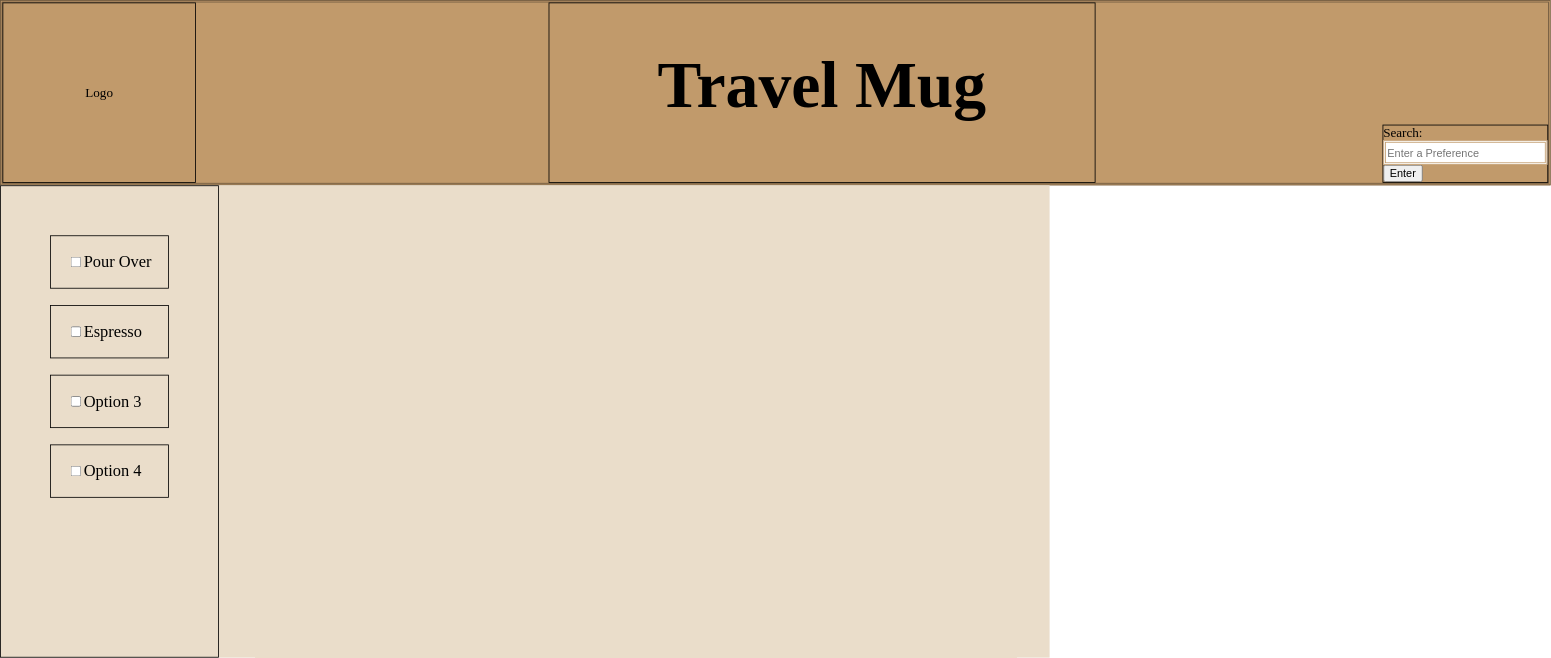
Repository: joshliu14/Travel-Mug
Page: /
An editor plug-in stored every save of this project. The page is shown before and after a run of saves, followed by the edit.
The browser window is 1280 px wide. The page is 1891 px wide, so the pictures cover 1891 px, including what lies to the right of the window. The pictures show the whole page, at 82% of full size.
The project was rebuilt for these pictures with package versions that can differ from the ones it lists, and the page was loaded fresh each time.

Above is the page before, as saved 2024-01-03 02:03:24.

### public/index.html
<!DOCTYPE html>
<html lang="en">
  <head>
    <meta charset="utf-8" />
    <link rel="icon" href="%PUBLIC_URL%/favicon.ico" />
    <link rel="stylesheet" href="./index.css" />
    <meta name="viewport" content="width=device-width, initial-scale=1" />
    <meta name="theme-color" content="#000000" />
    <meta
      name="description"
      content="Web site created using create-react-app"
    />
    <link rel="apple-touch-icon" href="%PUBLIC_URL%/logo192.png" />
    <!--
      manifest.json provides metadata used when your web app is installed on a
      user's mobile device or desktop. See https://developers.google.com/web/fundamentals/web-app-manifest/
    -->
    <link rel="manifest" href="%PUBLIC_URL%/manifest.json" />
    <!--
      Notice the use of %PUBLIC_URL% in the tags above.
      It will be replaced with the URL of the `public` folder during the build.
      Only files inside the `public` folder can be referenced from the HTML.

      Unlike "/favicon.ico" or "favicon.ico", "%PUBLIC_URL%/favicon.ico" will
      work correctly both with client-side routing and a non-root public URL.
      Learn how to configure a non-root public URL by running `npm run build`.
    -->
    <title>Travel Mug</title>
  </head>
  <body>
    <noscript>You need to enable JavaScript to run this app.</noscript>
    <div id="root"></div>
    <!--
      This HTML file is a template.
      If you open it directly in the browser, you will see an empty page.

      You can add webfonts, meta tags, or analytics to this file.
      The build step will place the bundled scripts into the <body> tag.

      To begin the development, run `npm start` or `yarn start`.
      To create a production bundle, use `npm run build` or `yarn build`.
    -->
  </body>
</html>

### src/index.js
import React from "react";
import ReactDOM from "react-dom";
import App from "./App";

import { BrowserRouter } from "react-router-dom";

ReactDOM.render(
  <BrowserRouter>
    <App />
  </BrowserRouter>,
  document.getElementById("root")
);

### src/App.js
import React from "react";
import Home from "./Home";

import { Switch, Route } from "react-router-dom";

const App = () => {
  return (
    <Switch>
      <Route exact path="/">
        <Home />
      </Route>
    </Switch>
  );
};

export default App;

### src/Home.js
import React from "react";
import "./Home.css";

/*import { Link } from "react-router-dom";
 <div className="nav">
            <Link to="/">Home</Link>
            <Link to="/">About</Link>
            <Link to="/">Contact</Link>
            <Link to="/">Blank</Link>
            <Link to="/">Blank</Link>
          </div> */

class Home extends React.Component {
  constructor(props) {
    super(props);
    this.state = {
      filterOptions: ["Pour Over", "Espresso", "Option 3", "Option 4"],
      selectedFilter: null,
    };
  }
  handleFilterChange = (option) => {
    this.setState({ selectedFilter: option });
  };

  render() {
    const filterOptions = this.state.filterOptions.map((option, index) => {
      return (
        <div className="filter" key={index}>
          <label>
            <input
              type="checkbox"
              value={option}
              onChange={() => this.handleFilterChange(option)}
            />
            {option}
          </label>
        </div>
      );
    });
    return (
      <div>
        <div className="top">
          <div className="logo">Logo</div>
          <div className="title">
            <h1>Travel Mug</h1>
          </div>
          <div className="search-container">
            Search:{" "}
            <input className="search-bar" placeholder="Enter a Preference" />
            <button>Enter</button>
          </div>
        </div>
        <div className="bottom">
          <div className="filter-container">{filterOptions}</div>
        </div>
      </div>
    );
  }
}

export default Home;

### src/Home.css
.top {
  background-color: #c19a6b;
  display: flex;
  min-width: fit-content;
  min-height: 20vh;
  border-width: 3px;
  border-color: #6d573d;
  border-style: double;
}

.logo {
  padding: 100px;
  border: 1px solid black;
}

.title {
  text-align: center;
  font-size: 40px;
  min-width: 665px;
  margin-left: 430px;
  margin-right: 200px;
  border: 1px solid black;
}

.nav {
  align-self: last baseline;
  display: flex;
  justify-content: center;
  border: 1px solid black;
}
.nav a {
  font-size: large;
  padding: 10px 20px;
  color: black;
  display: block;
  text-decoration: none;
}

.nav a:hover {
  color: aliceblue;
  background-color: #6d573d;
}
.bottom {
  background-color: #eaddca;
  display: flex;
  min-width: fit-content;
  min-height: 80vh;
}

.search-container {
  align-self: last baseline;
  border: 1px solid black;
  margin-left: 150px;
}
.search-bar {
  width: 200px;
  height: 30px;
  box-sizing: border-box;
  border-width: 3px;
  border-color: #c19a6b;
  border-style: double;
}

.filter-container {
  margin-left: 0px;
  margin-right: 0px;
  padding: 40px;
  border: 1px solid black;
}

.filter {
  display: block;
  justify-content: center;
  padding: 20px;
  font-size: 20px;
  margin: 20px;
  border: 1px solid black;
}

### public/index.css
html,
body {
  margin: 0px;
  padding: 0px;
}

After the next 2 saves:
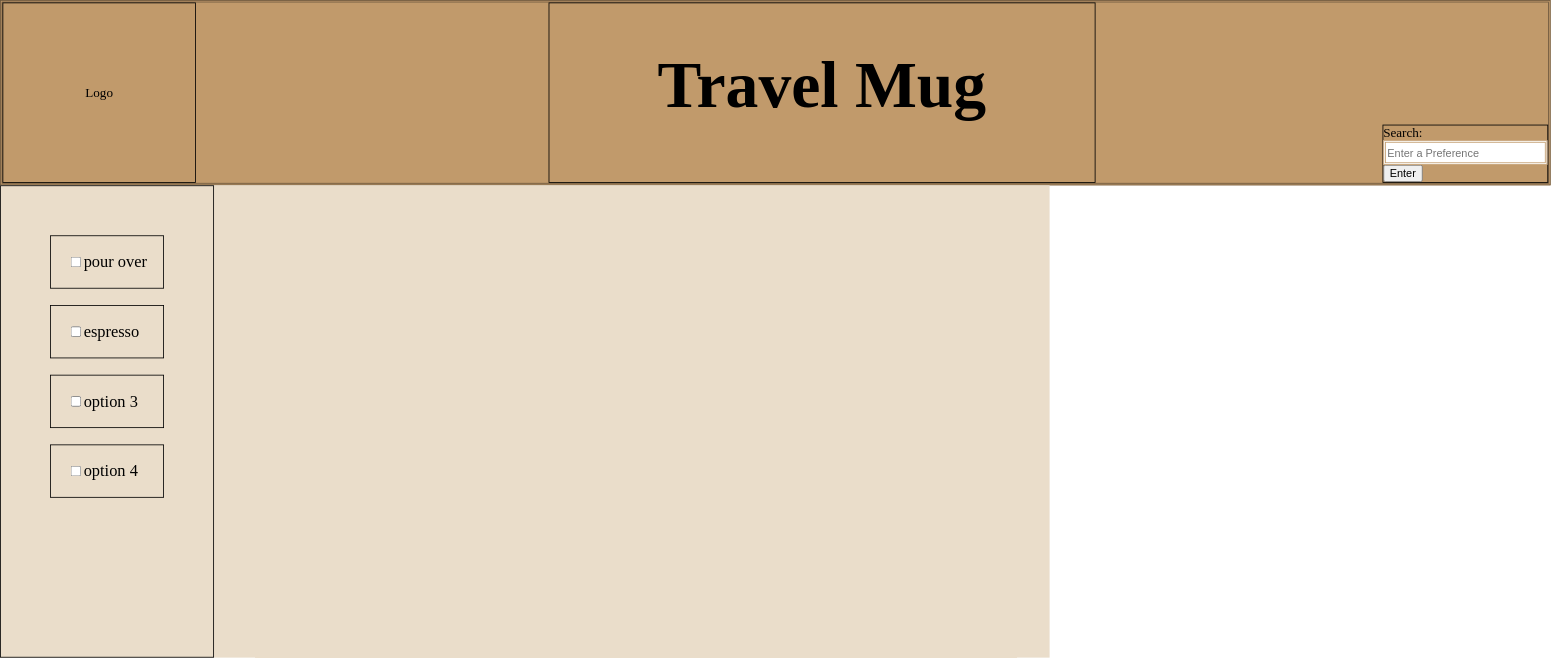
The 2 saves are shown as one change because 1 did not build or start.
The last was saved 3 min 6 s later.
--- a/src/Home.js
+++ b/src/Home.js
@@ -14,7 +14,12 @@ class Home extends React.Component {
   constructor(props) {
     super(props);
     this.state = {
-      filterOptions: ["Pour Over", "Espresso", "Option 3", "Option 4"],
+      filterOptions: [
+        { name: "pour over" },
+        { name: "espresso" },
+        { name: "option 3" },
+        { name: "option 4" },
+      ],
       selectedFilter: null,
     };
   }
@@ -29,10 +34,11 @@ class Home extends React.Component {
           <label>
             <input
               type="checkbox"
-              value={option}
+              value={option.name}
+              checked={this.state.selectedFilter === option}
               onChange={() => this.handleFilterChange(option)}
             />
-            {option}
+            {option.name}
           </label>
         </div>
       );
